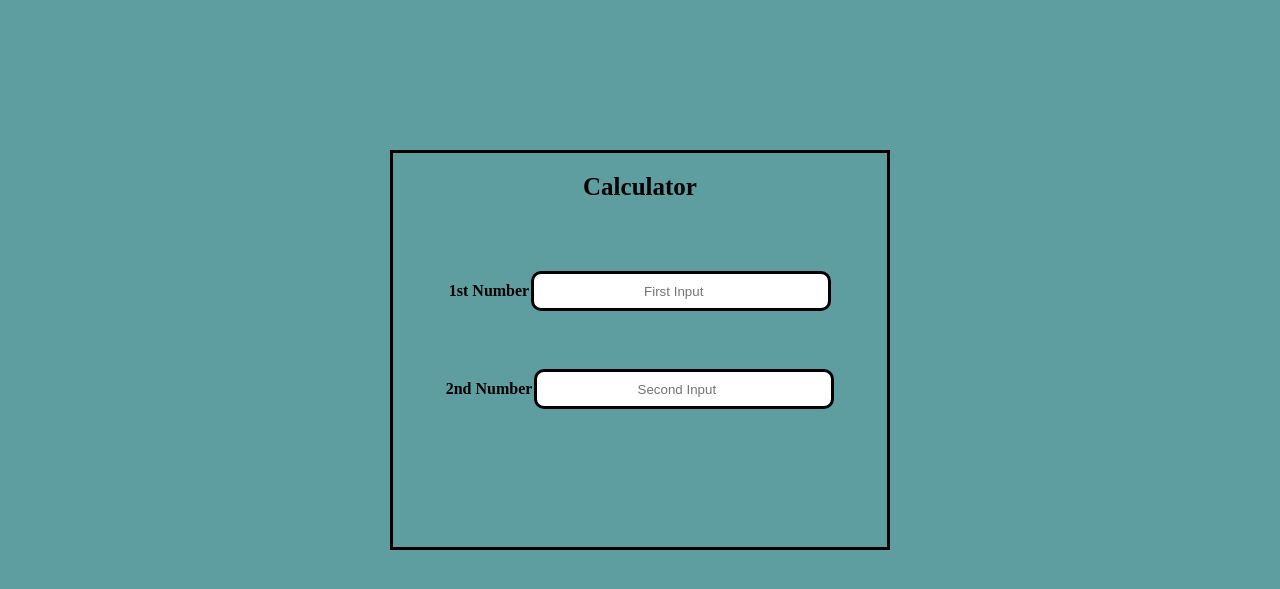
Repository: Shreyash1107/Intern_Projects
Page: Calculator/src/main/webapp/Calculator.html
An editor plug-in stored every save of this project. The page is shown before and after the next save, followed by the edit.
The browser window is 1280 px wide. The pictures show the whole page.

Above is the page before, as saved 2024-07-03 11:23:51.

### Calculator/src/main/webapp/Calculator.html
<!DOCTYPE html>
<html>
<head>
<meta charset="ISO-8859-1">
<title>Calculator</title>
<link rel="stylesheet" href="style.css"/>
</head>
<body>
		<center>
			<form name="frm" action="calculate" method="POST">
				<div class="wrapper">
			<h4>Calculator</h4>
			<div class="container">
					<table>
						<tr>
					<td>1st Number</td>&nbsp;
						<td><input type="number" name="First" value="" placeholder="First Input"</td>
					</tr>
					</table>
					<br><br>
					<table>
						<tr>
						<td>2nd Number</td>&nbsp;
						<td><input type="number" name="Second" value="" placeholder="Second Input"</td>
					</tr>
					</table>
					<div class="Result">

					</div>
			</div>
		</div>
			</form>
		</center>
</body>
</html>

### Calculator/src/main/webapp/style.css
@charset "ISO-8859-1";
*
{
	padding: 0;
	margin:0;
	box-sizing: border-box;
}
body
{
	background-color:cadetblue;
}
.wrapper
{
	width: 500px;
	height:400px;
	border: 3px solid black;
	margin:150px auto;
}
.wrapper h4
{
	padding-top: 20px;
	font-size: 25px;
}
.container
{
	padding-top: 50px;
}
.container tr td
{
	font-weight: bold;
	color:black;
}
.Result
{
	padding-top: 80px;
}
input[type="number"]
{
	width: 300px;
	height:40px;
	border: 3px solid black;
	border-radius: 10px;
}
input[type="number"]::placeholder
{
	text-align: center;
}
input[type="submit"]
{
	background-color: black;
	color: white;
	width: 100px;
	height: 40px;
}
input[type="submit"]:hover
{
	cursor: pointer;
	background-color:darkgoldenrod;
}
h4:hover
{
	color:chartreuse;
	transform: scale(1.5);
	transition: 3s ease-in-out, transfrom 3s ease-in-out;
}

After the next save:
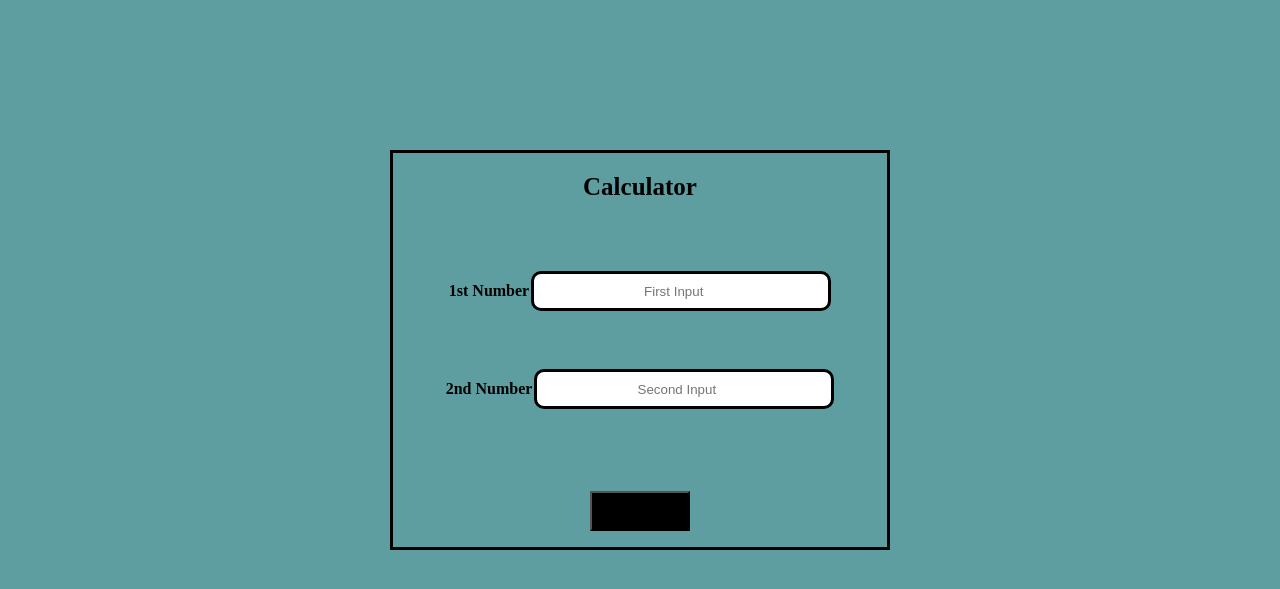
Saved 17 s later.
--- a/Calculator/src/main/webapp/Calculator.html
+++ b/Calculator/src/main/webapp/Calculator.html
@@ -25,7 +25,7 @@
 					</tr>
 					</table>
 					<div class="Result">
-
+					<input type="submit" name="s" value=""
 					</div>
 			</div>
 		</div>
